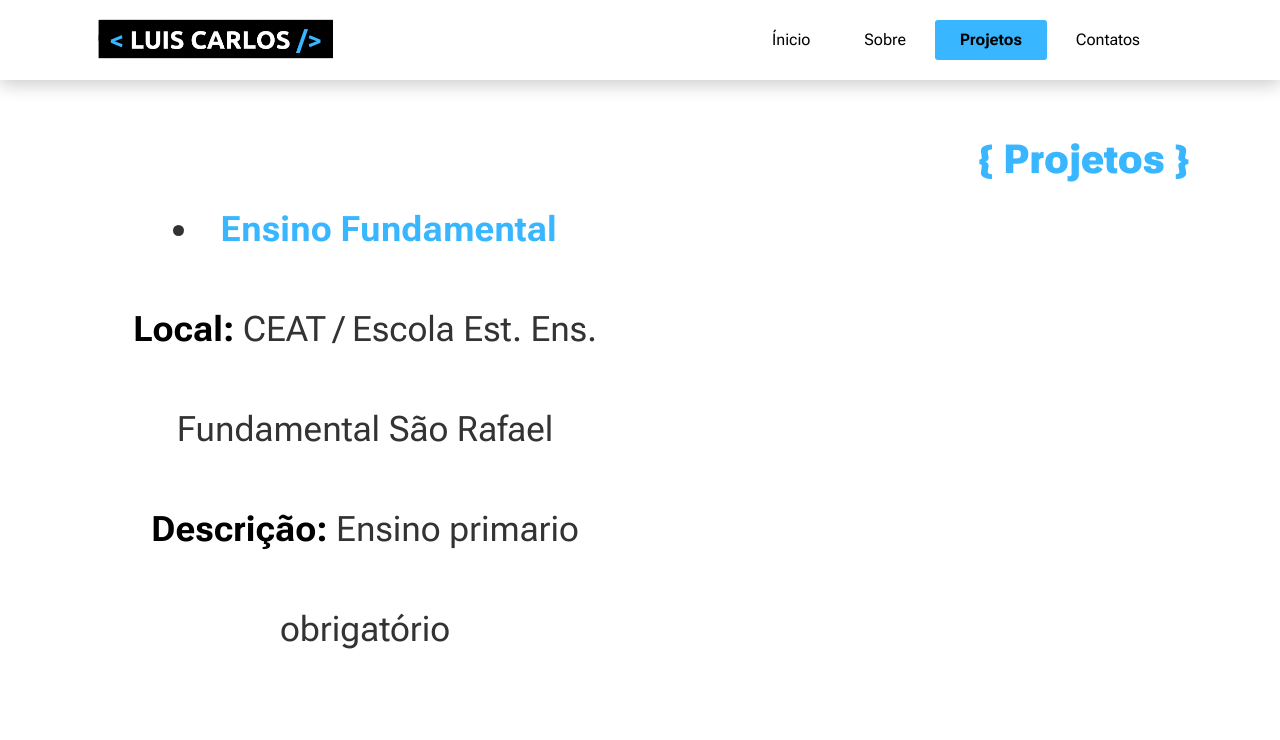
Repository: Iluiscarlos/SitePortifolio
Page: projects.html
An editor plug-in stored every save of this project. The page is shown before and after the next save, followed by the edit.
The browser window is 1280 px wide. The pictures show the whole page.
Some web libraries are served in a nearby version.

Above is the page before, as saved 2022-05-25 20:50:36.

After the next save:
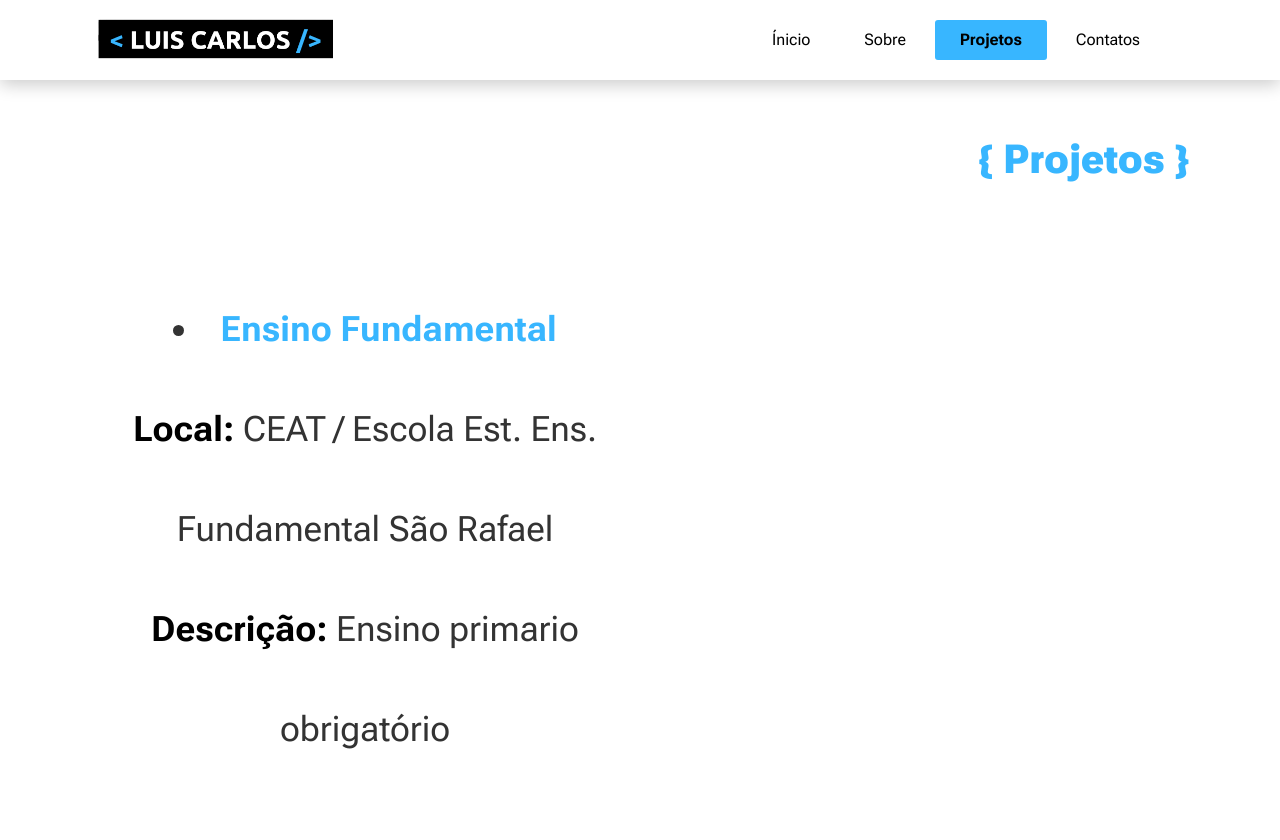
Saved 2 min 39 s later.
--- a/projects.html
+++ b/projects.html
@@ -25,24 +25,29 @@
 <body>
     <header class="header">
         <div class="container">
-        <img src="icons/logo.png" class="header__logo">
-        <nav class="menu__item">
-            <a href="index.html" class="menu__item">Ínicio</a>
-            <a href="about.html" class="menu__item">Sobre</a>
-            <a href="projects.html" target="_self" class=" menu__item menu__item--active">Projetos</a>
-            <a href="contacts.html" class="menu__item">Contatos</a>
-        </nav>
+            <img src="icons/logo.png" class="header__logo">
+            <nav class="menu__item">
+                <a href="index.html" class="menu__item">Ínicio</a>
+                <a href="about.html" class="menu__item">Sobre</a>
+                <a href="projects.html" target="_self" class=" menu__item menu__item--active">Projetos</a>
+                <a href="contacts.html" class="menu__item">Contatos</a>
+            </nav>
         </div>
     </header>
     <main class="container">
-    <section>
         <h1 class="about__tittle">{ Projetos }</h1>
-        <div class="projects__list">
-        <li><b class="bold__blue">Ensino Fundamental</b><br>
-            <b class="bold__black">Local:</b> CEAT / Escola Est. Ens. Fundamental São Rafael<br>
-            <b class="bold__black">Descrição:</b> Ensino primario obrigatório</li>
-        </div>
-    </section>
-</main>
+        <section class="projects">
+            <div class="projects__list">
+                <li><b class="bold__blue">Ensino Fundamental</b><br>
+                    <b class="bold__black">Local:</b> CEAT / Escola Est. Ens. Fundamental São Rafael<br>
+                    <b class="bold__black">Descrição:</b> Ensino primario obrigatório
+                </li>
+            </div>
+            <div class="projects__description">
+
+            </div>
+        </section>
+    </main>
 </body>
+
 </html>
